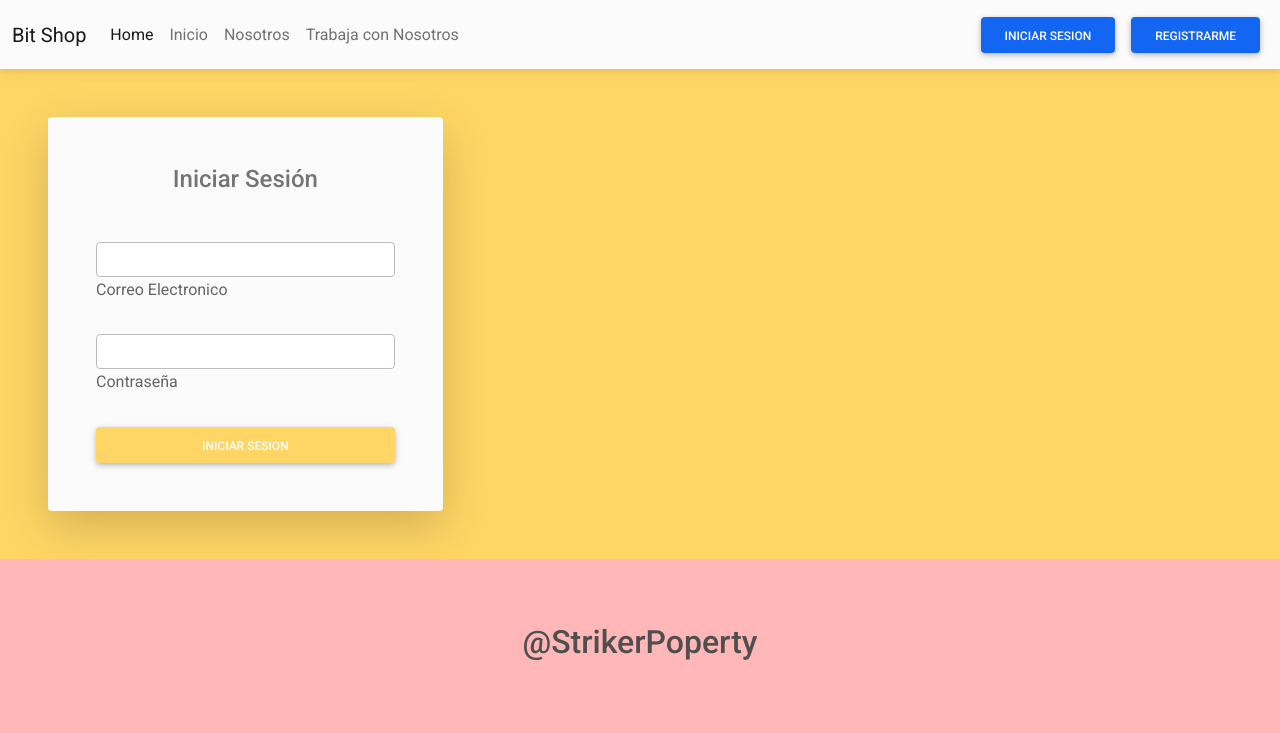
Repository: TzStrikerYT/myClassRoom
Page: /login (app in bit-shop-front/)
These files come from the project's save history. The page is drawn as it stood at one moment and after the next save; the edit follows.
The browser window is 1280 px wide. The pictures show the whole page.
The project was rebuilt for these pictures with package versions that can differ from the ones it lists, and the page was loaded fresh each time. Also part of the build but not shown: bit-shop-front/angular.json.

Above is the page before, as saved 2022-02-23 21:14:53.

### bit-shop-front/src/index.html
<!DOCTYPE html>
<html lang="en">
  <head>
    <meta charset="utf-8" />
    <title>BitShopFront</title>
    <base href="/" />
    <meta name="viewport" content="width=device-width, initial-scale=1" />
    <link rel="icon" type="image/x-icon" href="favicon.ico" />

    <!-- Font Awesome -->
    <link
      href="https://cdnjs.cloudflare.com/ajax/libs/font-awesome/5.15.1/css/all.min.css"
      rel="stylesheet"
    />
    <!-- Google Fonts -->
    <link
      href="https://fonts.googleapis.com/css?family=Roboto:300,400,500,700&display=swap"
      rel="stylesheet"
    />
    <!-- MDB -->
    <link
      href="https://cdnjs.cloudflare.com/ajax/libs/mdb-ui-kit/3.10.2/mdb.min.css"
      rel="stylesheet"
    />
  </head>
  <body>
    <app-root></app-root>

    <!-- MDB -->
    <script
      type="text/javascript"
      src="https://cdnjs.cloudflare.com/ajax/libs/mdb-ui-kit/3.10.2/mdb.min.js"
    ></script>
  </body>
</html>

### bit-shop-front/src/styles.css
/* You can add global styles to this file, and also import other style files */
.bg-pink {
  background: #ffb7b7;
}

.bg-yellow {
  background: #ffd665;
}

.card-size {
  width: 12rem;
}

### bit-shop-front/src/app/app.module.ts
import { NgModule } from '@angular/core';
import { BrowserModule } from '@angular/platform-browser';
import { FormsModule } from '@angular/forms';

import { AppRoutingModule } from './app-routing.module';
import { AppComponent } from './app.component';
import { LoginComponent } from './components/login/login.component';
import { HomeComponent } from './components/home/home.component';
import { NotFoundComponent } from './components/not-found/not-found.component';
import { FooterComponent } from './components/footer/footer.component';

@NgModule({
  declarations: [
    AppComponent,
    LoginComponent,
    HomeComponent,
    NotFoundComponent,
    FooterComponent,
  ],
  imports: [
    BrowserModule,
    AppRoutingModule,
    FormsModule,
  ],
  providers: [],
  bootstrap: [AppComponent]
})
export class AppModule { }

### bit-shop-front/src/app/app-routing.module.ts
import { NgModule } from '@angular/core';
import { RouterModule, Routes } from '@angular/router';
import { HomeComponent } from './components/home/home.component';
import { LoginComponent } from './components/login/login.component';
import { NotFoundComponent } from './components/not-found/not-found.component';

// enrutamiento de componentes
const routes: Routes = [
  { path: 'login', component: LoginComponent},
  { path: 'home', component: HomeComponent},
  { path: '', redirectTo: '/home', pathMatch: 'full' },
  { path: '**', component: NotFoundComponent}
];

@NgModule({
  imports: [RouterModule.forRoot(routes)],
  exports: [RouterModule],
})
export class AppRoutingModule {}

### bit-shop-front/src/app/app.component.ts
import { Component, OnInit } from '@angular/core';

@Component({
  selector: 'app-root',
  templateUrl: './app.component.html',
  styleUrls: ['./app.component.css']
})
export class AppComponent {
  title = 'bit-shop-front';
  token = false
}

### bit-shop-front/src/app/components/login/login.component.ts
import { Component, OnInit } from '@angular/core';
import { NgForm } from '@angular/forms'
import { LoginService } from '../../services/login/login.service'
//import { User } from '../../models/user'

@Component({
  selector: 'app-login',
  templateUrl: './login.component.html',
  styleUrls: ['./login.component.css']
})
export class LoginComponent implements OnInit {

  email=""
  password=""

  constructor(public loginService: LoginService) { }

  ngOnInit(): void {
  }

  login(form: NgForm){
    console.log(form.value)
  }

}

### bit-shop-front/src/app/app.component.html
<!-- Nav Bar -->
<nav class="navbar navbar-expand-lg navbar-light bg-light">
  <div class="container-fluid">
    <a class="navbar-brand" href="#">Bit Shop</a>
    <button
      class="navbar-toggler"
      type="button"
      data-mdb-toggle="collapse"
      data-mdb-target="#navbarNavAltMarkup"
      aria-controls="navbarNavAltMarkup"
      aria-expanded="false"
      aria-label="Toggle navigation"
    >
      <i class="fas fa-bars"></i>
    </button>
    <div class="collapse navbar-collapse" id="navbarNavAltMarkup">
      <div class="navbar-nav">
        <a class="nav-link active" aria-current="page" href="#">Home</a>
        <a class="nav-link" href="#">Inicio</a>
        <a class="nav-link" href="#">Nosotros</a>
        <a class="nav-link" href="#">Trabaja con Nosotros</a>
      </div>

      <div class="navbar-nav ms-auto" *ngIf="!token; else elseTag">
        <a class="m-2 btn btn-primary" href="#">Iniciar Sesion</a>
        <a class="m-2 btn btn-primary" href="#">Registrarme</a>
      </div>

      <ng-template #elseTag>
        <div class="navbar-nav ms-auto">
          <a class="m-2 btn btn-primary" href="#">Usuario</a>

        </div>
      </ng-template>
    </div>
  </div>
</nav>
<router-outlet></router-outlet>
<app-footer></app-footer>

### bit-shop-front/src/app/components/login/login.component.html
<section class="bg-yellow p-5">
  <div class="col-md-4 p-5 shadow-lg rounded bg-light">

    <h4 class="text-muted text-center mb-5">Iniciar Sesión</h4>

    <form #loginForm="ngForm">
      <!-- Email input -->
      <div class="mb-4">
        <input type="email" name="email" #email="ngModel" [(ngModel)]="loginService.selectedUser.email" class="form-control" />
        <label class="form-label" for="form1Example1">Correo Electronico</label>
      </div>

      <!-- Password input -->
      <div class="mb-4">
        <input type="password" name="password" #password="ngModel" [(ngModel)]="loginService.selectedUser.password" class="form-control" />
        <label class="form-label" for="form1Example2">Contraseña</label>
      </div>

      <!-- Submit button -->
      <button type="submit" class="btn bg-yellow text-white btn-block" (click)="login(loginForm)">
        Iniciar Sesion
      </button>
    </form>
  </div>
</section>

### bit-shop-front/src/app/services/login/login.service.ts
import { Injectable } from '@angular/core';
import { User } from '../../models/user'

@Injectable({
  providedIn: 'root'
})
export class LoginService {

  selectedUser: User

  constructor() {
    this.selectedUser = new User
  }
}

### bit-shop-front/src/app/components/footer/footer.component.html
<div class="bg-pink p-5">
    <h2 class="p-3 text-center">@StrikerPoperty</h2>
</div>

### bit-shop-front/src/app/models/user.ts
export class User {

    // declaracion de estados de los atributos
    email: string
    password : string

    constructor (email = "", password = "") {
        //instanciacion o inicializacion de los atributos
        this.email = email,
        this.password = password

    }
}

### bit-shop-front/src/app/components/home/home.component.ts
import { Component, OnInit } from '@angular/core';

@Component({
  selector: 'app-home',
  templateUrl: './home.component.html',
  styleUrls: ['./home.component.css']
})
export class HomeComponent implements OnInit {

  products = [
    {
      name: "Camiseta",
      price: "$80.000",
    },
    {
      name: "Pantalon",
      price: "$200.000"
    },
    {
      name: "Pokedex",
      price: "$800.000"
    },
    {
      name: "Bit-Vision",
      price: "$3.000.000"
    },
    {
      name: "Portatil BitSus",
      price: "$8.000.000"
    },
    {
      name: "Celular BitSung",
      price: "$1.800.000"
    }
  ]

  constructor() { }

  ngOnInit(): void {
  }

}

### bit-shop-front/src/app/components/home/home.component.html
<div class="">
  <!-- banner -->
  <header class="w-100 bg-yellow text-center text-white p-5">
    <h1>Adquiere lo mejor de nuestra plataforma</h1>
  </header>

  <!-- products container -->
  <section class="mt-3">
    <div
      class="d-flex flex-wrap justify-content-center"
      *ngIf="products; else noProducts"
    >
      <div *ngFor="let product of products">
        <div class="card card-size m-2">
          <div>
            <img
              class="img-fluid rounded-top"
              src="assets/img/chompoPercho.jpg"
              alt="producto"
            />
          </div>
          <div class="mt-3">
            <h4 class="small text-center">{{ product.name }}</h4>
            <p class="text-center">{{ product.price }}</p>
            <div class="text-center p-3">
              <a class="btn btn-success" href="">Comprar</a>
            </div>
          </div>
        </div>
      </div>
    </div>

    <ng-template #noProducts> no hay procto joven! </ng-template>
  </section>
</div>

Loaded but not shown: bit-shop-front/src/main.ts (common file); bit-shop-front/src/environments/environment.ts (common file); bit-shop-front/src/app/components/footer/footer.component.ts (common file); bit-shop-front/src/app/components/not-found/not-found.component.ts (common file); bit-shop-front/src/app/components/not-found/not-found.component.html (common file); bit-shop-front/src/app/components/footer/footer.component.css (no stored copy; drawn as an empty file); bit-shop-front/src/app/components/login/login.component.css (no stored copy; drawn as an empty file); bit-shop-front/src/app/app.component.css (no stored copy; drawn as an empty file); bit-shop-front/src/app/components/home/home.component.css (no stored copy; drawn as an empty file)

After the next save:
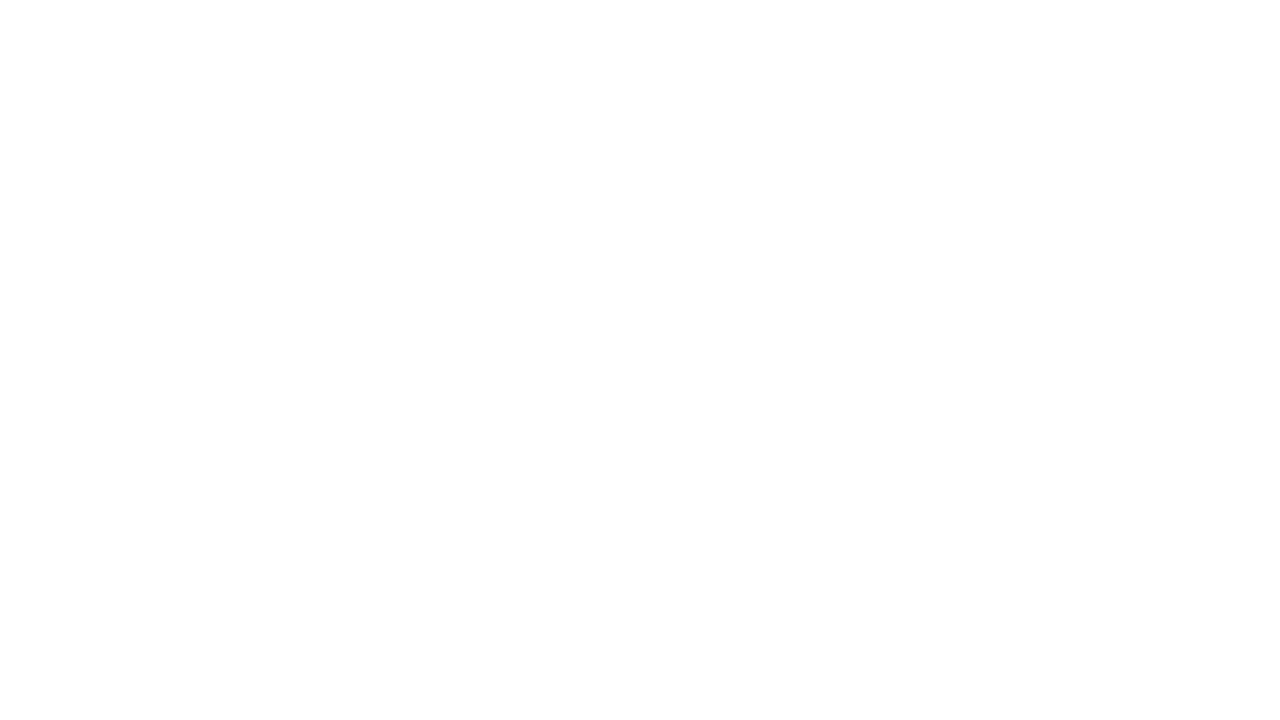
Saved 19 s later.
--- a/bit-shop-front/src/app/components/login/login.component.html
+++ b/bit-shop-front/src/app/components/login/login.component.html
@@ -6,13 +6,13 @@
     <form #loginForm="ngForm">
       <!-- Email input -->
       <div class="mb-4">
-        <input type="email" name="email" #email="ngModel" [(ngModel)]="loginService.selectedUser.email" class="form-control" />
+        <input type="email" name="email" #email="ngModel" [(ngModel)]="email" class="form-control" />
         <label class="form-label" for="form1Example1">Correo Electronico</label>
       </div>
 
       <!-- Password input -->
       <div class="mb-4">
-        <input type="password" name="password" #password="ngModel" [(ngModel)]="loginService.selectedUser.password" class="form-control" />
+        <input type="password" name="password" #password="ngModel" [(ngModel)]="password" class="form-control" />
         <label class="form-label" for="form1Example2">Contraseña</label>
       </div>
 

After the 4 saves that followed:
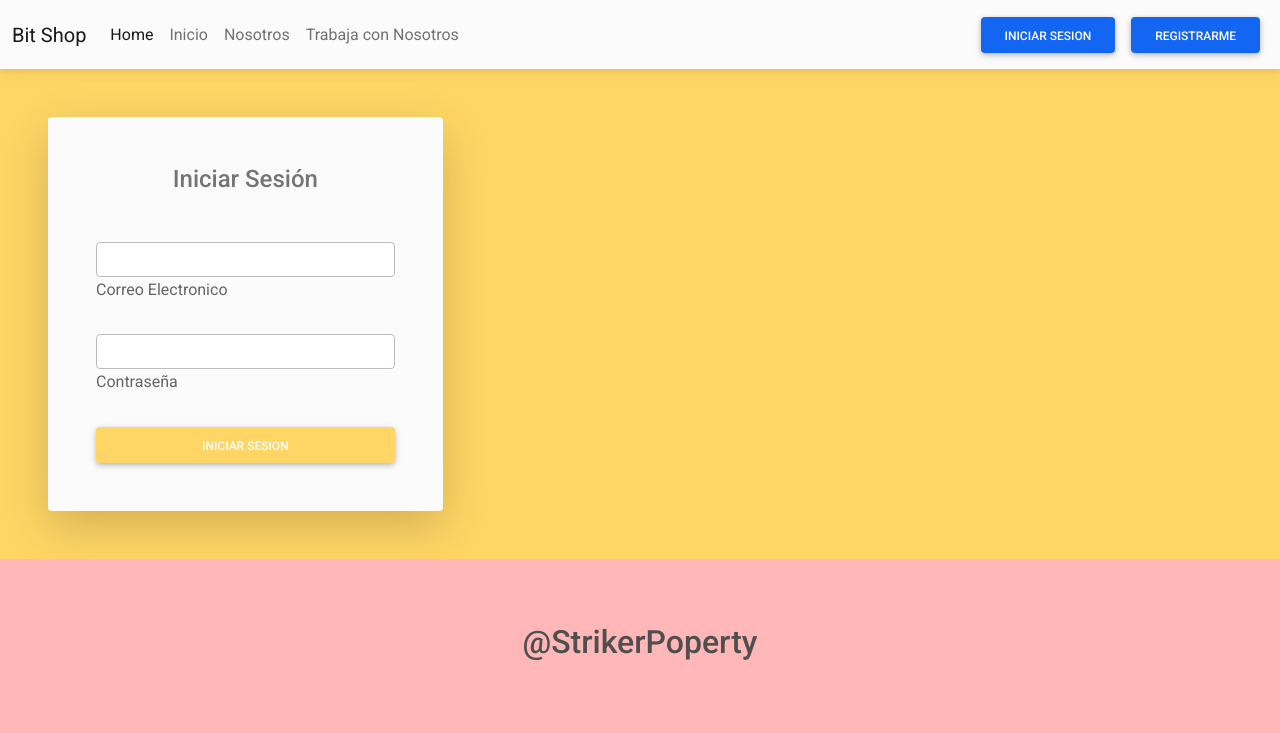
The 4 saves are shown as one change because 3 left the picture as it was.
The last was saved 91 s later.
--- a/bit-shop-front/src/app/components/login/login.component.ts
+++ b/bit-shop-front/src/app/components/login/login.component.ts
@@ -10,9 +10,6 @@ import { LoginService } from '../../services/login/login.service'
 })
 export class LoginComponent implements OnInit {
 
-  email=""
-  password=""
-
   constructor(public loginService: LoginService) { }
 
   ngOnInit(): void {
--- a/bit-shop-front/src/app/components/login/login.component.html
+++ b/bit-shop-front/src/app/components/login/login.component.html
@@ -6,13 +6,13 @@
     <form #loginForm="ngForm">
       <!-- Email input -->
       <div class="mb-4">
-        <input type="email" name="email" #email="ngModel" [(ngModel)]="email" class="form-control" />
+        <input type="email" name="email" #email="ngModel" [(ngModel)]="loginService.selectedUser.email" class="form-control" />
         <label class="form-label" for="form1Example1">Correo Electronico</label>
       </div>
 
       <!-- Password input -->
       <div class="mb-4">
-        <input type="password" name="password" #password="ngModel" [(ngModel)]="password" class="form-control" />
+        <input type="password" name="password" #password="ngModel" [(ngModel)]="loginService.selectedUser.password" class="form-control" />
         <label class="form-label" for="form1Example2">Contraseña</label>
       </div>
 
